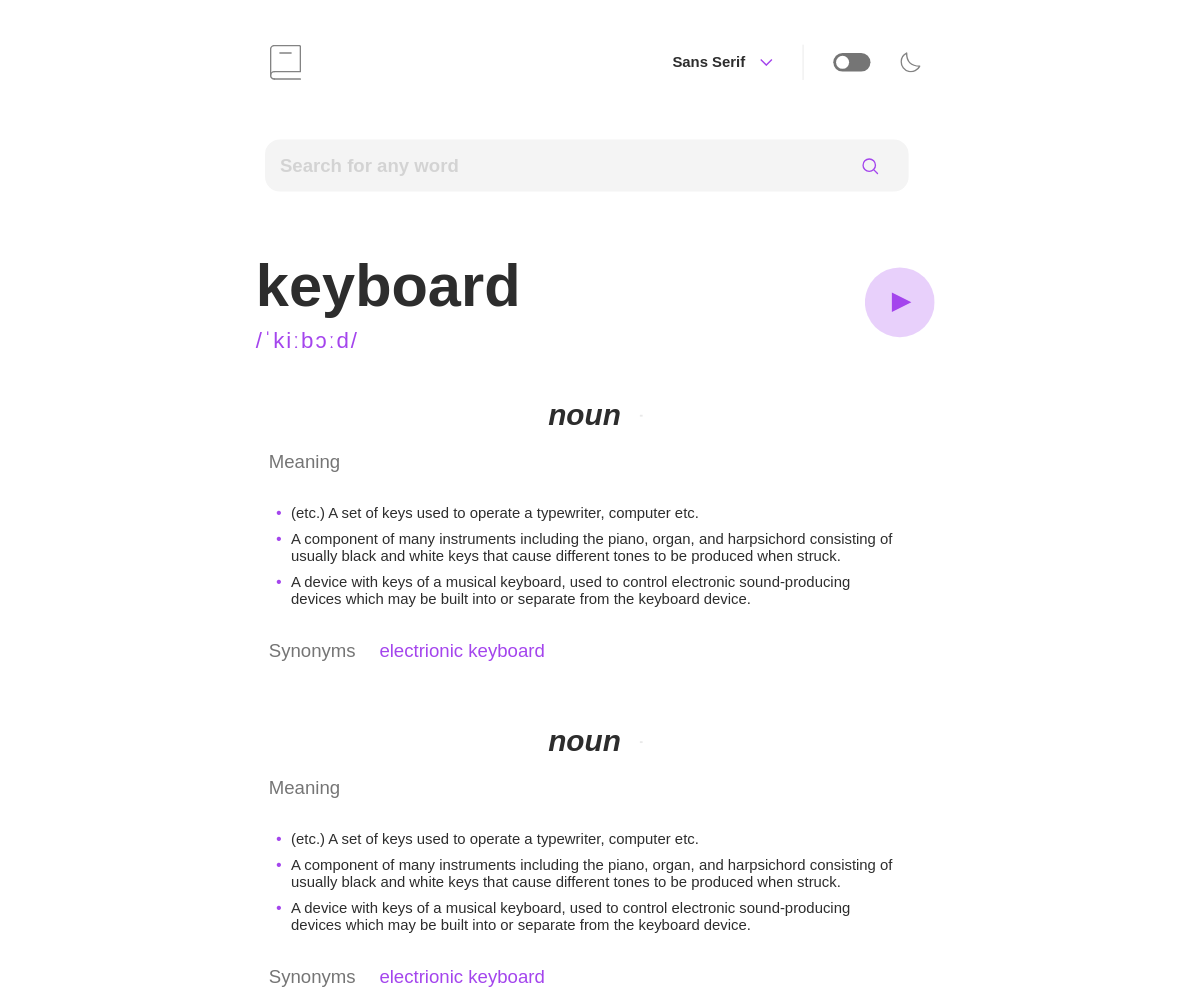
Repository: Arkitecth/dictionary-app
Page: index.html
These files come from the project's save history. The page is drawn as it stood at one moment and after the next save; the edit follows.
The browser window is 1280 px wide. The pictures show the whole page, at 93% of full size.

Above is the page before, as saved 2023-07-19 23:00:41.

### index.html
<!DOCTYPE html>
<html lang="en">
<head>
  <meta charset="UTF-8">
  <meta name="viewport" content="width=device-width, initial-scale=1.0">
  <link rel="stylesheet" href="styles.css">
  <title>Dictionary</title>
</head>
<body>

  <!-- Navigation -->
  <nav>
    <img src="assets/images/logo.svg" alt="logo">

    <div class="right">
      <div class="fonts">
        <p>Sans Serif</p>
        <img src="assets/images/icon-arrow-down.svg" alt="icon-arrow-down">
      </div>

      <div class="ruler"></div>

      <div class="togglers">
        <!-- Rounded switch -->
        <label class="switch">
          <input type="checkbox">
          <span class="slider round"></span>
        </label>
        <img src="assets/images/icon-moon.svg" alt="moon-icon">
      </div>
    </div>
  </nav>


  <!-- Search Bar -->
  <section class="search">
    <label for="search-bar"></label>
    <input type="text" name="search-bar" id="search-bar" placeholder="Search for any word">
    <img src="assets/images/icon-search.svg" alt="search-icon" class="search-icon">
  </section>


  <main>
    <section class="word-view">
      <div class="word-group">
        <h1>keyboard</h1>
        <p>/ˈkiːbɔːd/</p>
      </div>
      <img class="icon-play" src="assets/images/icon-play.svg" alt="icon-play">
    </section>

    <div class="speech-part-group">
      <p class="speech-part">noun</p>
      <div class="grey-rule"></div>
    </div>

    <section class="description">
      <p>Meaning</p>
      <ul>
        <li>(etc.) A set of keys used to operate a typewriter, computer etc.</li>
        <li>A component of many instruments including the piano, organ, and harpsichord consisting of usually black and white keys that cause different tones to be produced when struck.</li>
        <li>A device with keys of a musical keyboard, used to control electronic sound-producing devices which may be built into or separate from the keyboard device.</li>
      </ul>
      <p class="synonymn">Synonyms <span>electrionic keyboard</span></p>

    </section>

    <div class="speech-part-group">
      <p class="speech-part">noun</p>
      <div class="grey-rule"></div>
    </div>

    <section class="description">
      <p>Meaning</p>
      <ul>
        <li>(etc.) A set of keys used to operate a typewriter, computer etc.</li>
        <li>A component of many instruments including the piano, organ, and harpsichord consisting of usually black and white keys that cause different tones to be produced when struck.</li>
        <li>A device with keys of a musical keyboard, used to control electronic sound-producing devices which may be built into or separate from the keyboard device.</li>
      </ul>
      <p class="synonymn">Synonyms <span>electrionic keyboard</span></p>

    </section>





  </main>

</body>
</html>

### styles.css
:root {
    --dark-grey: #757575;
    --purple:#a445ed;
    --light-grey:#f4f4f4;
    --dark-three:#2d2d2d;
    --lighter-grey:#e9e9e9;
}


* {
    margin: 0;
    padding: 0;
}



/* Main Styling */
body {
    max-width: 1100px;
    margin: 0 auto;
    font-family: sans-serif;
    color: var(--dark-three);
}


/* Light Styling */

/* Nav Styling */
nav {
    display: flex;
    justify-content: space-around;
    margin-top: 3rem;
}

.right {
    display: flex;
    gap: 2rem;
}

.fonts {
    display: flex;
    gap: 1rem;
    align-items: center;
    font-weight: 600;
}

.ruler {
    width: 1px;
    background-color: #e9e9e9;
}

.togglers {
    display: flex;
    gap: 2rem;
    align-items: center;
}



/* The switch - the box around the slider */
.switch {
  position: relative;
  display: inline-block;
  width: 40px;
  height: 20px;
}

/* Hide default HTML checkbox */
.switch input {
  opacity: 0;
  width: 0;
  height: 0;
}

/* The slider */
.slider {
  position: absolute;
  cursor: pointer;
  top: 0;
  left: 0;
  right: 0;
  bottom: 0;
  background-color: var(--dark-grey);
  -webkit-transition: .4s;
  transition: .4s;
}

.slider:before {
  position: absolute;
  content: "";
  height: 14px;
  width: 14px;
  left: 3px;
  bottom: 3px;
  background-color: white;
  -webkit-transition: .4s;
  transition: .4s;
}

input:checked + .slider {
  background-color: var(--purple)
}

input:focus + .slider {
  box-shadow: 0 0 1px var(--purple)
}

input:checked + .slider:before {
  -webkit-transform: translateX(20px);
  -ms-transform: translateX(20px);
  transform: translateX(20px);
}

/* Rounded sliders */
.slider.round {
  border-radius: 34px;
}

.slider.round:before {
  border-radius: 50%;
}



/* Search */

.search {
    text-align: center;
    margin-top: 4rem;
    display: flex;
    justify-content: center;
}

input[type="text"] {
    width:60%;
    height: 1.5rem;
    padding: 1rem;
    border-radius: 16px;
    border: none;
    background-color: var(--light-grey);
    outline: none;
    font-size: 20px;
    font-weight: 700;

}

input[type="text"]:active,
input[type="text"]:focus {
    border: 1px solid var(--purple);
}


input[type="text"]::placeholder {
    opacity: 0.25;
}

.search-icon {
    transform: translate(-50px,1px);
    text-align: center;
}



/* Word View */

main {
    display: flex;
    flex-direction: column;
}


.word-view {
    text-align: center;
    margin-top: 4rem;
    display: flex;
    justify-content: space-around;
}
.word-group h1 {
    font-size: 4rem;
}

.word-group p {
    text-align: left;
    font-size: 1.5rem;
    color: var(--purple);
    font-weight: 400;
    padding-top: 0.5rem;
    letter-spacing: 2px;
}


/* Speech Part(noun, pronoun, verb) */
.speech-part-group {
    display: flex;
    justify-content: center;
    align-items: center;
    gap: 20px;
    margin-top: 3rem;
}
.speech-part {
    text-align: left;
    font-size: 2rem;
    font-weight: 700;
    font-style: italic;
}
.grey-rule {
    border: 1px solid var(--lighter-grey);
    height: 0;
    width: 1px;
}

/* Description */
.description {
    /* width: fit-content;
    margin: 0 auto;
    margin-top: 2rem; */
    display: flex;
    width: 64%;
    flex-direction: column;
    align-content: center;
    margin: 0 auto;


}
.description p {
    color: var(--dark-grey);
    text-align: left;
    font-size: 1.25rem;
    padding: 20px 1px;
}
ul {
    text-align: left;
    padding: 10px 20px;
    list-style: none;
}
ul li::before {
    content: "\2022";
    width: 1rem;
    font-weight: bold;
    display: inline-block;
    margin-left: -1em;
    color: var(--purple);
}
ul li{
    padding: 5px;
    color: var(--dark-three);
}
.synonymn span {
    color: var(--purple);
    padding: 0 20px;
}


/* Mobile Styels */

@media screen and (max-width:375px) {

    input[type="text"] {
        width: 327px;
    }
    .search {
        margin-left: 10px;
    }

    .word-group h1 {
        font-size: 32px;
    }

    .icon-play {
        width: 48px;
    }

    .description {
        width: 275px;
    }

    .speech-part {
        font-size: 18px;
    }

    .description p {
        font-size: 16px;
    }
}

After the next save:
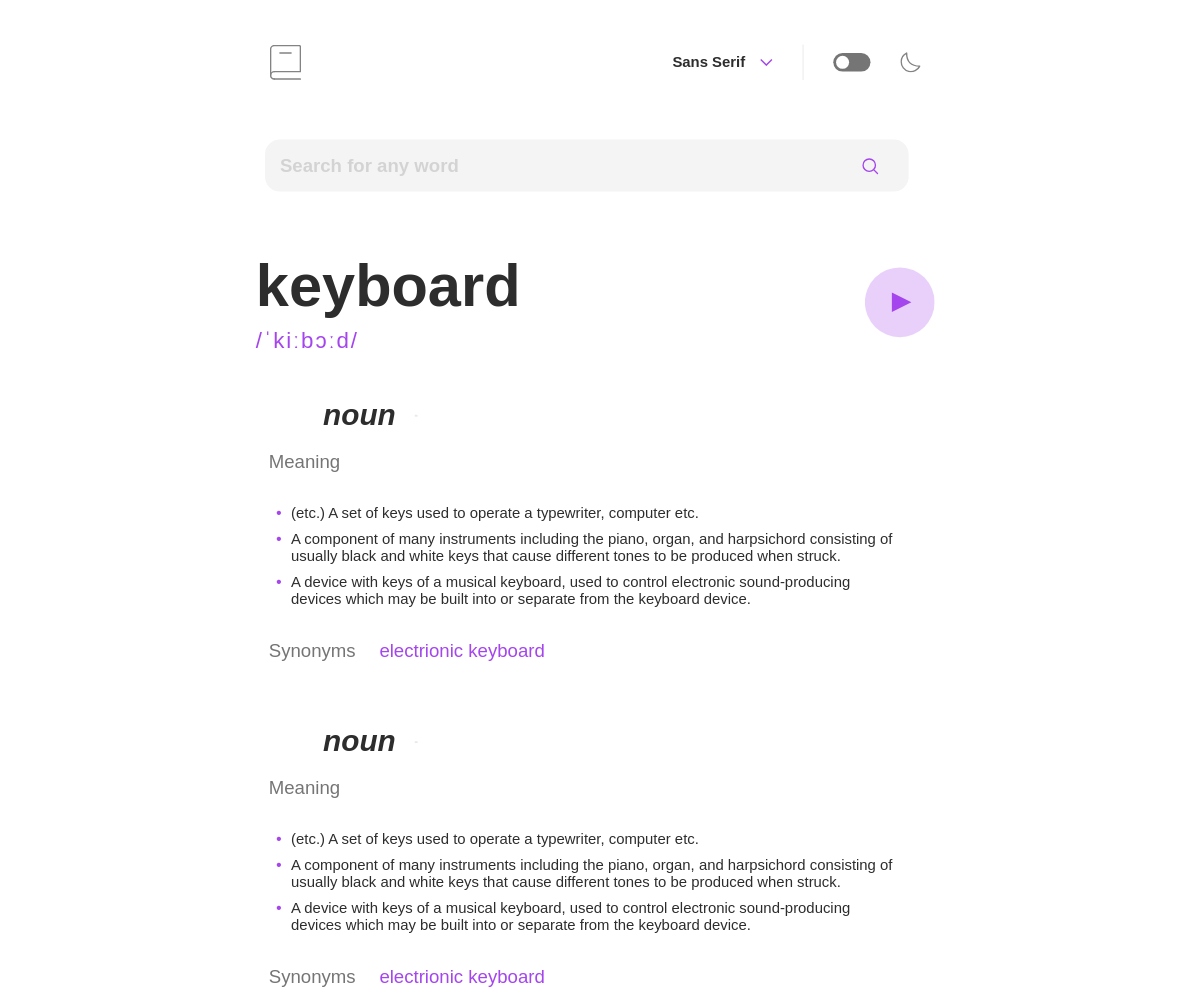
Saved 6 s later.
--- a/styles.css
+++ b/styles.css
@@ -196,6 +196,7 @@
     align-items: center;
     gap: 20px;
     margin-top: 3rem;
+    width: 56%;
 }
 .speech-part {
     text-align: left;
